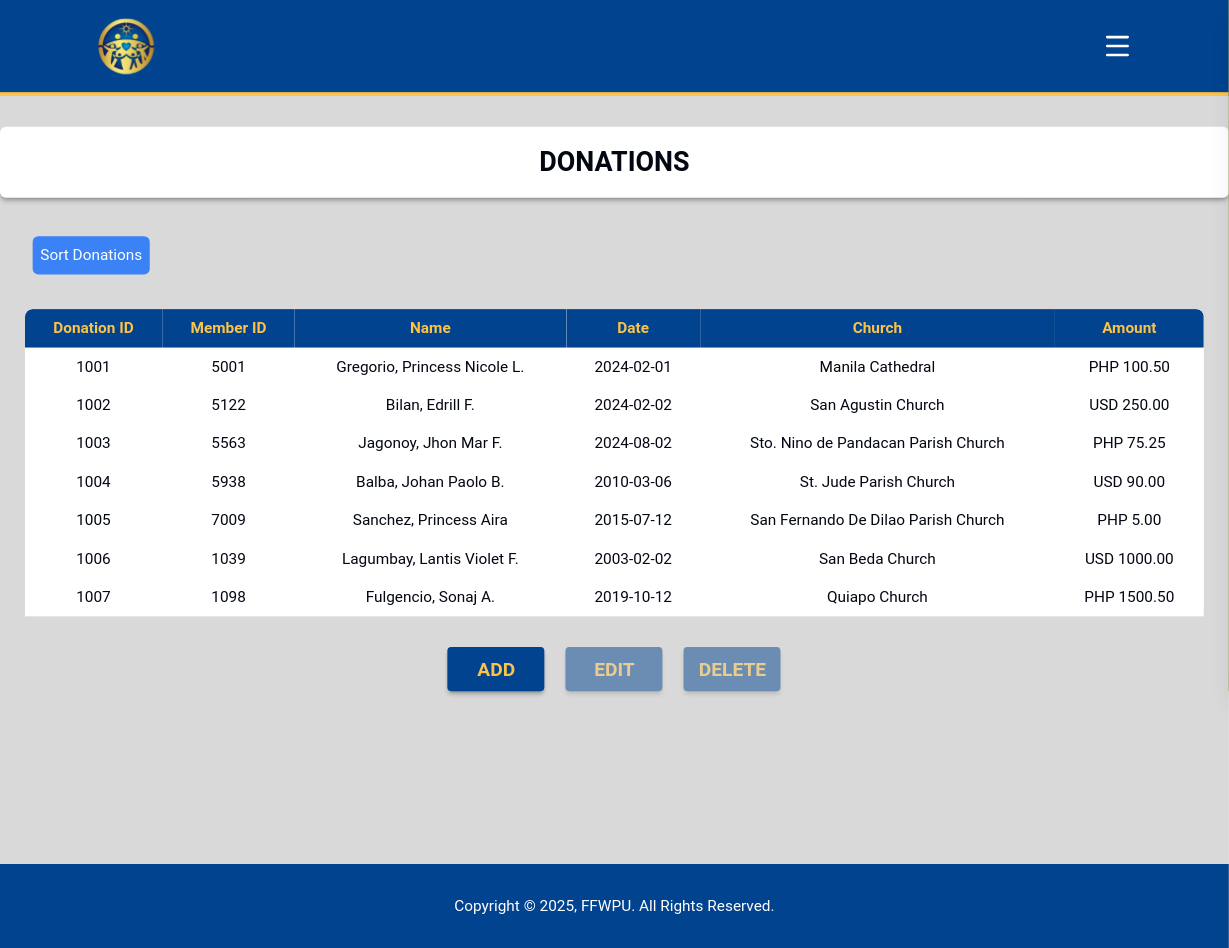
Repository: CoderTofu/FFWPU_System
Page: /donation
These files come from the project's save history. The page is drawn as it stood at one moment and after the next save; the edit follows.
The browser window is 1280 px wide. The pictures show the whole page, at 96% of full size.
The project was rebuilt for these pictures with package versions that can differ from the ones it lists, and the page was loaded fresh each time. The framework's server and built-in components were replaced by stand-ins that run in the browser. Also part of the build but not shown: next.config.ts, src/components/NavbarPublic.tsx, src/components/FooterPublic.tsx, src/lib/utils.ts, src/components/ui/dialog.tsx, src/components/ui/button.tsx, src/components/Modal.tsx.

Above is the page before, as saved 2025-03-07 11:07:47.

After the next save:
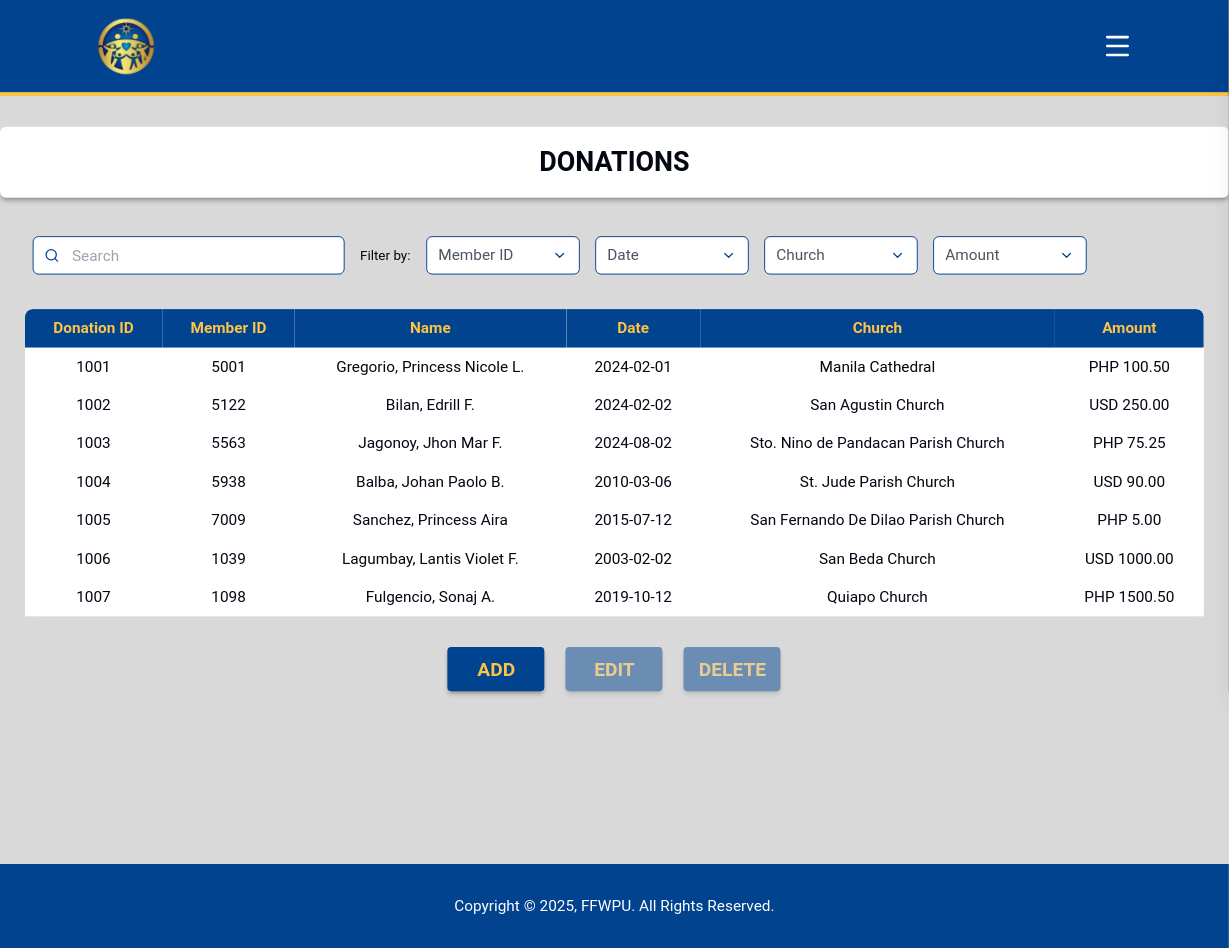
Saved 96 s later.
--- a/src/components/DonationModals.tsx
+++ b/src/components/DonationModals.tsx
@@ -1,59 +1,111 @@
-import { FC } from "react";
+"use client";
+import { useRef, useEffect, useState } from "react";
+import { ChevronDown, Search } from "lucide-react";
 
-interface DonationModalsProps {
+interface DataItem {
+  "Donation ID": number;
+  "Member ID": number;
+  Name: string;
+  Date: string;
+  Church: string;
+  Amount: string;
+}
+
+interface FilterDropdownProps {
+  handleSort: (key: keyof DataItem, order: "asc" | "desc") => void;
   openSortDropdown: string | null;
   toggleSortDropdown: (dropdown: string | null) => void;
-  handleSort: (key: string, order: "asc" | "desc") => void;
 }
 
-const DonationModals: FC<DonationModalsProps> = ({
+const exchangeRates = {
+  USD: 1,
+  PHP: 55, // Example: 1 USD = 55 PHP
+};
+
+export default function DonationModals({
+  handleSort,
   openSortDropdown,
   toggleSortDropdown,
-  handleSort,
-}) => {
+}: FilterDropdownProps) {
+  const dropdownRef = useRef<HTMLDivElement>(null);
+  const [selectedFilters, setSelectedFilters] = useState<{ [key: string]: string }>({});
+
+  useEffect(() => {
+    const handleClickOutside = (event: MouseEvent) => {
+      if (dropdownRef.current && !dropdownRef.current.contains(event.target as Node)) {
+        toggleSortDropdown(null);
+      }
+    };
+    document.addEventListener("mousedown", handleClickOutside);
+    return () => document.removeEventListener("mousedown", handleClickOutside);
+  }, [toggleSortDropdown]);
+
+  const filterKeyMap: { [key: string]: keyof DataItem } = {
+    "Member ID": "Member ID",
+    Date: "Date",
+    Church: "Church",
+    Amount: "Amount",
+  };
+
   return (
-    <div className="relative">
-      <button
-        onClick={() => toggleSortDropdown(openSortDropdown === "sort" ? null : "sort")}
-        className="bg-blue-500 text-white p-2 rounded-md"
-      >
-        Sort Donations
-      </button>
+    <div className="flex flex-wrap items-center gap-4">
+      <div className="relative min-w-[250px] sm:w-[275px] md:w-[300px] lg:w-[325px]">
+        <Search className="absolute left-3 top-1/2 transform -translate-y-1/2 w-4 h-4 text-[#01438F]" />
+        <input
+          className="w-full h-10 pl-10 border border-[#01438F] rounded-md outline-none"
+          type="text"
+          placeholder="Search"
+        />
+      </div>
 
-      {openSortDropdown === "sort" && (
-        <div className="absolute top-0 left-0 bg-white p-4 shadow-lg rounded-md mt-2">
-          <div className="flex gap-2">
+      <span className="text-[14px] flex-wrap sm:w-auto w-full">Filter by:</span>
+
+      <div ref={dropdownRef} className="flex flex-wrap items-center gap-4 sm:w-auto">
+        {["Member ID", "Date", "Church", "Amount"].map((filter) => (
+          <div key={filter} className="relative">
             <button
-              onClick={() => handleSort("Amount", "asc")}
-              className="p-2 border border-gray-300 rounded-md"
+              onClick={() => toggleSortDropdown(openSortDropdown === filter ? null : filter)}
+              className="w-[120px] md:w-[140px] lg:w-[160px] h-10 border border-[#01438F] rounded-md px-3 outline-none bg-white text-gray-600 flex justify-between items-center"
             >
-              Sort by Amount (Asc)
+              {filter}
+              <ChevronDown className="w-4 h-4 text-[#01438F]" />
             </button>
-            <button
-              onClick={() => handleSort("Amount", "desc")}
-              className="p-2 border border-gray-300 rounded-md"
-            >
-              Sort by Amount (Desc)
-            </button>
+
+            {openSortDropdown === filter && (
+              <div className="absolute mt-1 w-full bg-white border border-[#01438F] rounded-md shadow-md z-10">
+                <label className="flex items-center px-3 py-2 hover:bg-gray-200 hover:rounded-sm">
+                  <input
+                    type="radio"
+                    name={filter}
+                    className="mr-2"
+                    checked={selectedFilters[filter] === "Ascending"}
+                    onChange={() => {
+                      setSelectedFilters({ ...selectedFilters, [filter]: "Ascending" });
+                      handleSort(filterKeyMap[filter], "asc");
+                      toggleSortDropdown(null);
+                    }}
+                  />
+                  Ascending
+                </label>
+                <label className="flex items-center px-3 py-2 hover:bg-gray-200 hover:rounded-sm">
+                  <input
+                    type="radio"
+                    name={filter}
+                    className="mr-2"
+                    checked={selectedFilters[filter] === "Descending"}
+                    onChange={() => {
+                      setSelectedFilters({ ...selectedFilters, [filter]: "Descending" });
+                      handleSort(filterKeyMap[filter], "desc");
+                      toggleSortDropdown(null);
+                    }}
+                  />
+                  Descending
+                </label>
+              </div>
+            )}
           </div>
-          <div className="flex gap-2 mt-4">
-            <button
-              onClick={() => handleSort("Date", "asc")}
-              className="p-2 border border-gray-300 rounded-md"
-            >
-              Sort by Date (Asc)
-            </button>
-            <button
-              onClick={() => handleSort("Date", "desc")}
-              className="p-2 border border-gray-300 rounded-md"
-            >
-              Sort by Date (Desc)
-            </button>
-          </div>
-        </div>
-      )}
+        ))}
+      </div>
     </div>
   );
-};
-
-export default DonationModals;
+}
